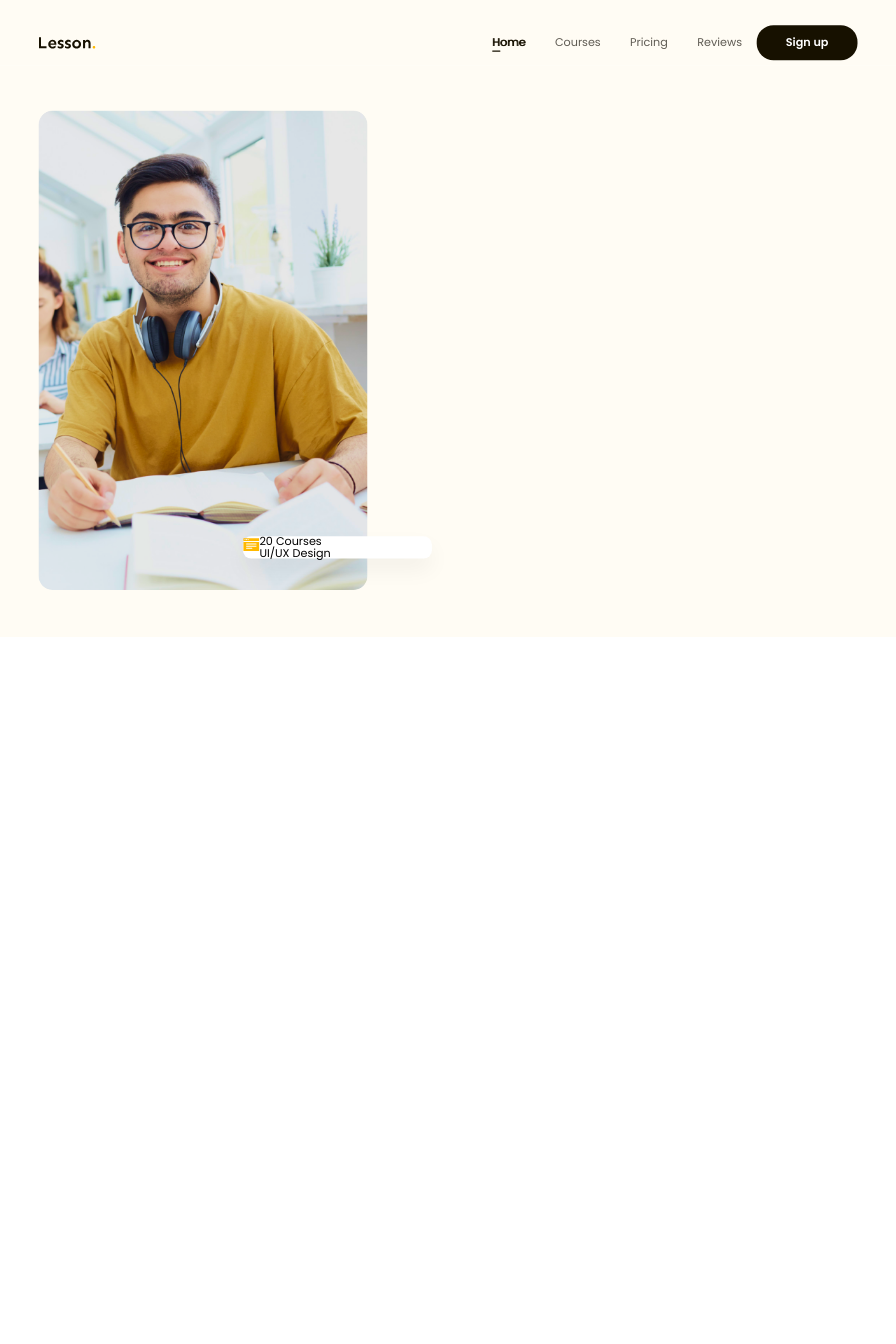
Repository: empty24062002/f8-htmlcss-02
Page: index.html
The author's editor kept a copy of each file at every save. The page is drawn from the files as they stood at one save, then again after the next save.
The browser window is 1280 px wide. The pictures show the part of the page from y = 0 to 1920 px (the page is 5094 px tall), at 70% of full size.

Above is the page before, as saved 2023-07-18 08:55:57.

After the next save:
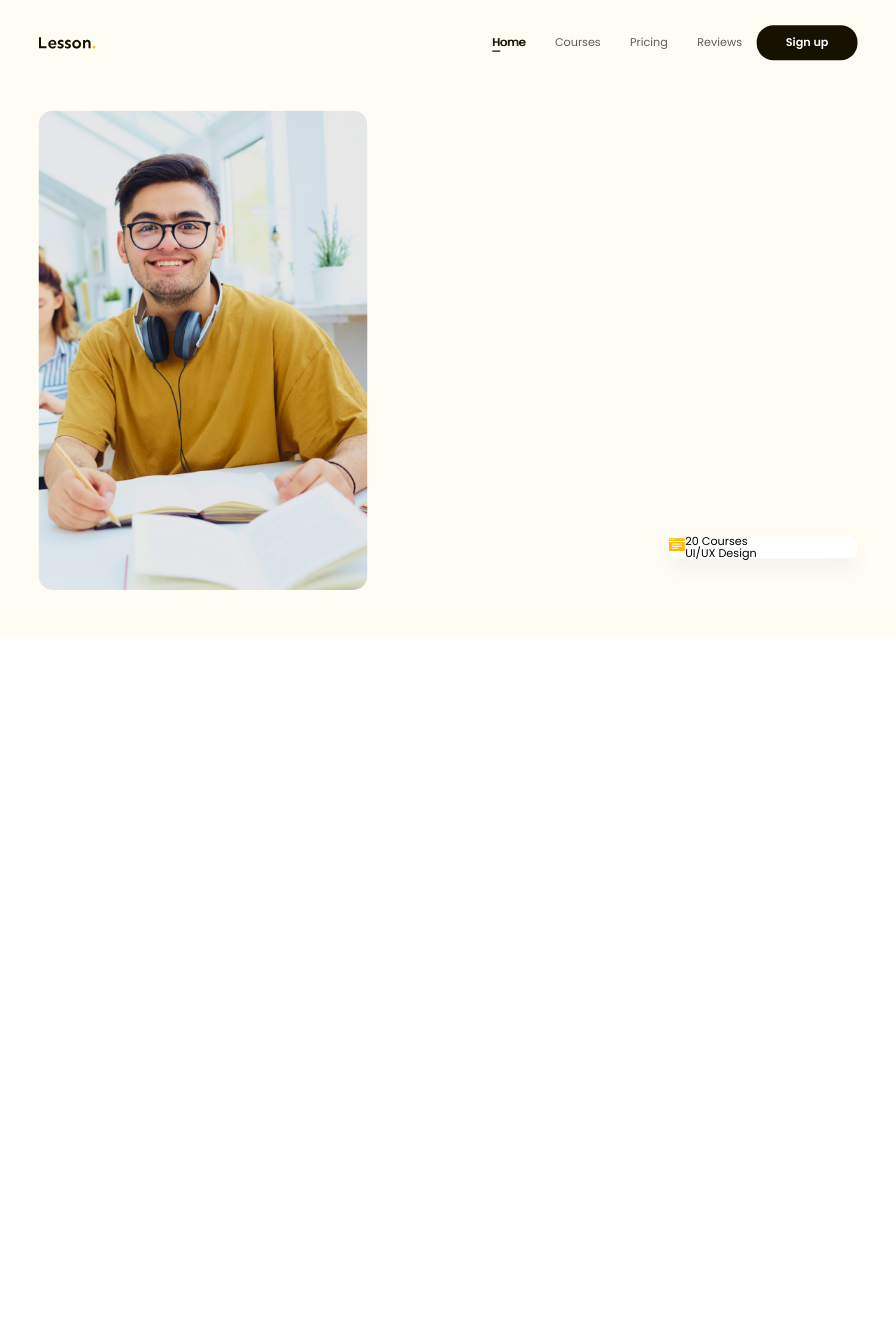
Saved 17 s later.
--- a/assets/css/styles.css
+++ b/assets/css/styles.css
@@ -102,7 +102,6 @@
 
 .hero .media-block {
     position: relative;
-    width: 48%;
 }
 
 .hero .media-block .img {

After the save that followed:
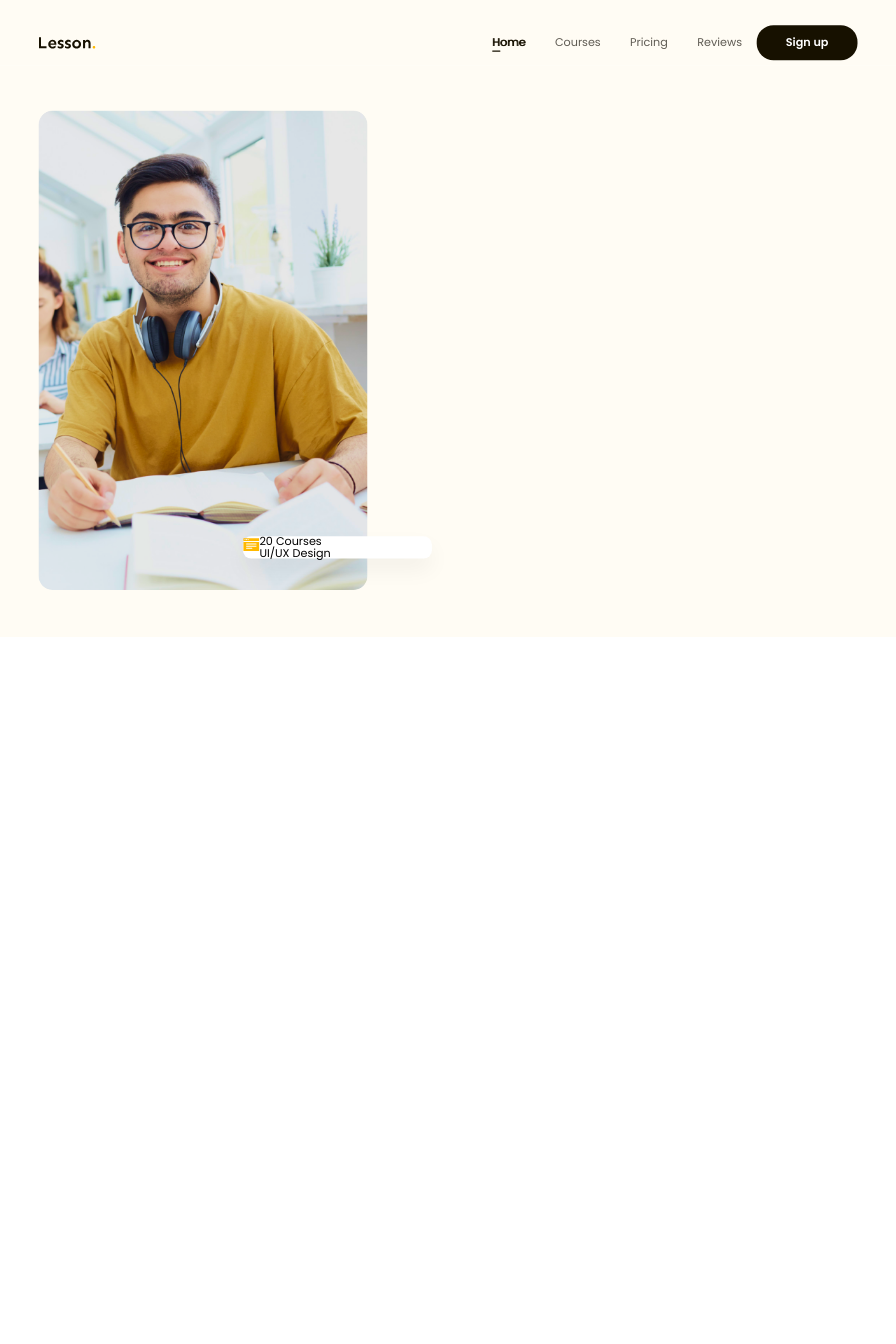
Saved 6 s later.
--- a/assets/css/styles.css
+++ b/assets/css/styles.css
@@ -102,6 +102,7 @@
 
 .hero .media-block {
     position: relative;
+    width: 48%;
 }
 
 .hero .media-block .img {
